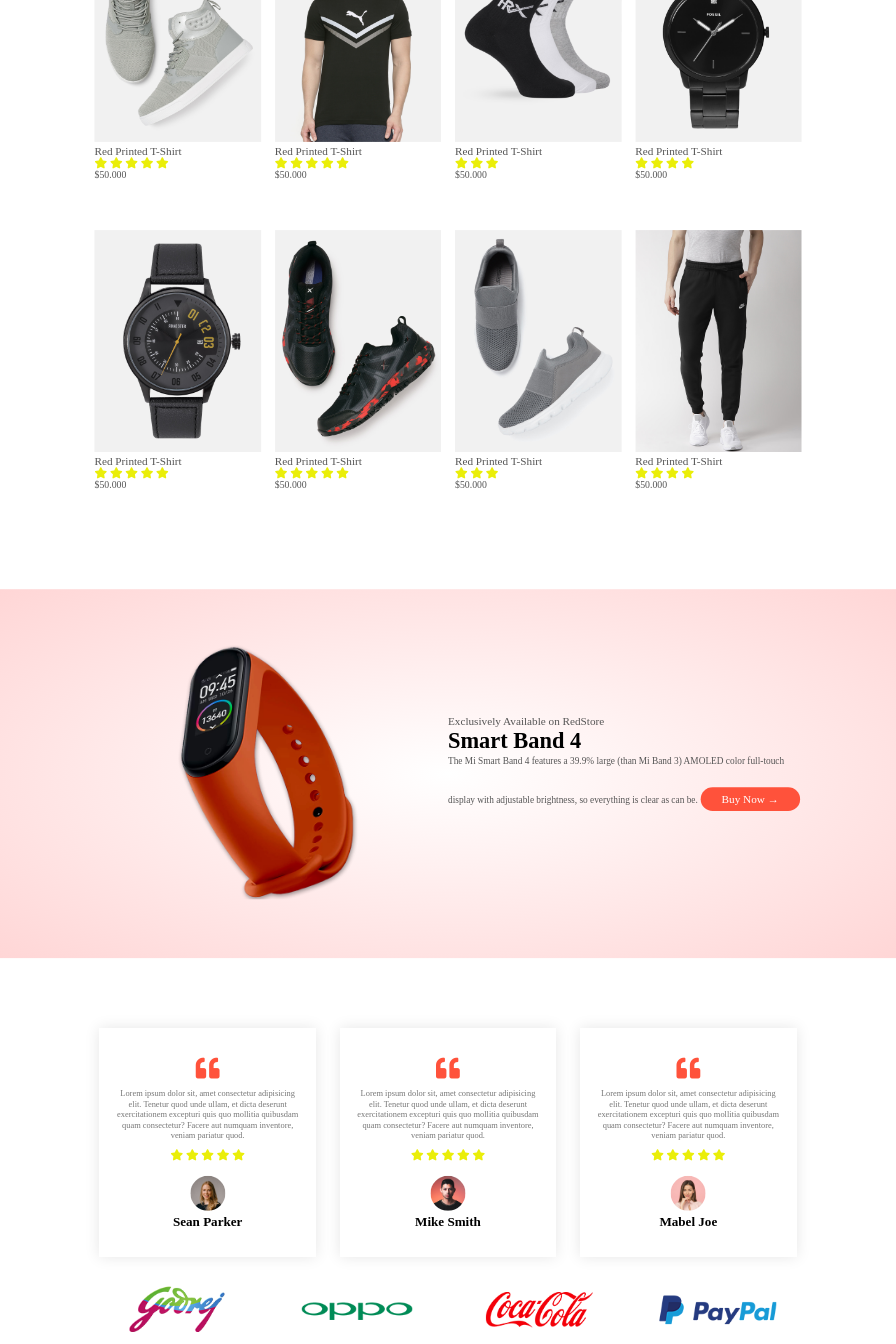
Repository: tuan21052000/Frontend
Page: index.html
The author's editor kept a copy of each file at every save. The page is drawn from the files as they stood at one save, then again after the next save.
The browser window is 1280 px wide. The pictures show the part of the page from y = 2144 to 4064 px (the page is 4064 px tall), at 70% of full size.

Above is the page before, as saved 2022-05-08 21:14:44.

### index.html
<!DOCTYPE html>
<html lang="en">
<head>
    <meta charset="UTF-8">
    <meta http-equiv="X-UA-Compatible" content="IE=edge">
    <meta name="viewport" content="width=device-width, initial-scale=1.0">
    <title>RedStore | Ecommerce Website Design</title>
    <link rel="stylesheet" href="style.css">
    <link href="https://fonts.googleapis.com/css2?family=Poppins:wght@300;400;500;600;700&display=swap" rel="stylesheet">
    <link rel="stylesheet" href="https://use.fontawesome.com/releases/v5.15.4/css/all.css" />
</head>
<body>
    <div class="header">


    <div class="container">
        <div class="navbar">
            <div class="logo">
                <img src="images/logo.png" width="125px">
            </div>
            <nav>
                <ul>
                    <li><a href="">Home</a></li>
                    <li><a href="">Products</a></li>
                    <li><a href="">About</a></li>
                    <li><a href="">Contact</a></li>
                    <li><a href="">Account</a></li>
                </ul>
            </nav>
            <img src="images/cart.png" width="30px" height="30px">
        </div>
        <div class="row">
            <div class="col-2">
                <h1>Give Your Workout <br>A New Style!</h1>
                <p>Success isn't always about greatness.It's about
                consistency. Consistent<br> hard work gains success. Greatness
                will come.
                </p>
                <a href="" class="btn">Explore Now &#8594;</a>
            </div>
            <div class="col-2">
              <img src="images/image1.png">
            </div>
        </div>
    </div>
</div>
<!-- -----Loại sản phẩm------- -->
   <div class="categories">
       <div class="small-container">
        <div class="row">
            <div class="col-3">
                <img src="images/category-1.jpg">
            </div>
            <div class="col-3">
             <img src="images/category-2.jpg">
         </div>
         <div class="col-3">
             <img src="images/category-3.jpg">
         </div>
        </div>
       </div>
   </div>
<!--    -------aaaa------------ -->
<div class="small-container">
    <h2 class="title">Featured Products</h2>
    <div class="row">
    <div class="col-4">
        <img src="images/product-1.jpg">
        <h4>Red Printed T-Shirt</h4>
        <div class="rating">
            <i class="fa fa-star"></i>
            <i class="fa fa-star"></i>
            <i class="fa fa-star"></i>
            <i class="fa fa-star"></i>
            <i class="fa fa-star"></i>
        </div>
        <p>$50.000</p>
    </div>
    <div class="col-4">
        <img src="images/product-2.jpg">
        <h4>Red Printed T-Shirt</h4>
        <div class="rating">
            <i class="fa fa-star"></i>
            <i class="fa fa-star"></i>
            <i class="fa fa-star"></i>
            <i class="fa fa-star"></i>
            <i class="fa fa-star"></i>
        </div>
        <p>$50.000</p>
    </div>
    <div class="col-4">
        <img src="images/product-3.jpg">
        <h4>Red Printed T-Shirt</h4>
        <div class="rating">
            <i class="fa fa-star"></i>
            <i class="fa fa-star"></i>
            <i class="fa fa-star"></i>
            <i class="fa fa-star-half-o"></i>
            <i class="fa fa-star-o"></i>
        </div>
        <p>$50.000</p>
    </div>
    <div class="col-4">
        <img src="images/product-4.jpg">
        <h4>Red Printed T-Shirt</h4>
        <div class="rating">
            <i class="fa fa-star"></i>
            <i class="fa fa-star"></i>
            <i class="fa fa-star"></i>
            <i class="fa fa-star"></i>
            <i class="fa fa-star-o"></i>
        </div>
        <p>$50.000</p>
    </div>
    </div>
    <h2 class="title">Latest Products</h2>
    <div class="row">
        <div class="col-4">
            <img src="images/product-5.jpg">
            <h4>Red Printed T-Shirt</h4>
            <div class="rating">
                <i class="fa fa-star"></i>
                <i class="fa fa-star"></i>
                <i class="fa fa-star"></i>
                <i class="fa fa-star"></i>
                <i class="fa fa-star"></i>
            </div>
            <p>$50.000</p>
        </div>
        <div class="col-4">
            <img src="images/product-6.jpg">
            <h4>Red Printed T-Shirt</h4>
            <div class="rating">
                <i class="fa fa-star"></i>
                <i class="fa fa-star"></i>
                <i class="fa fa-star"></i>
                <i class="fa fa-star"></i>
                <i class="fa fa-star"></i>
            </div>
            <p>$50.000</p>
        </div>
        <div class="col-4">
            <img src="images/product-7.jpg">
            <h4>Red Printed T-Shirt</h4>
            <div class="rating">
                <i class="fa fa-star"></i>
                <i class="fa fa-star"></i>
                <i class="fa fa-star"></i>
                <i class="fa fa-star-half-o"></i>
                <i class="fa fa-star-o"></i>
            </div>
            <p>$50.000</p>
        </div>
        <div class="col-4">
            <img src="images/product-8.jpg">
            <h4>Red Printed T-Shirt</h4>
            <div class="rating">
                <i class="fa fa-star"></i>
                <i class="fa fa-star"></i>
                <i class="fa fa-star"></i>
                <i class="fa fa-star"></i>
                <i class="fa fa-star-o"></i>
            </div>
            <p>$50.000</p>
        </div>
        </div>
        <div class="row">
            <div class="col-4">
                <img src="images/product-9.jpg">
                <h4>Red Printed T-Shirt</h4>
                <div class="rating">
                    <i class="fa fa-star"></i>
                    <i class="fa fa-star"></i>
                    <i class="fa fa-star"></i>
                    <i class="fa fa-star"></i>
                    <i class="fa fa-star"></i>
                </div>
                <p>$50.000</p>
            </div>
            <div class="col-4">
                <img src="images/product-10.jpg">
                <h4>Red Printed T-Shirt</h4>
                <div class="rating">
                    <i class="fa fa-star"></i>
                    <i class="fa fa-star"></i>
                    <i class="fa fa-star"></i>
                    <i class="fa fa-star"></i>
                    <i class="fa fa-star"></i>
                </div>
                <p>$50.000</p>
            </div>
            <div class="col-4">
                <img src="images/product-11.jpg">
                <h4>Red Printed T-Shirt</h4>
                <div class="rating">
                    <i class="fa fa-star"></i>
                    <i class="fa fa-star"></i>
                    <i class="fa fa-star"></i>
                    <i class="fa fa-star-half-o"></i>
                    <i class="fa fa-star-o"></i>
                </div>
                <p>$50.000</p>
            </div>
            <div class="col-4">
                <img src="images/product-12.jpg">
                <h4>Red Printed T-Shirt</h4>
                <div class="rating">
                    <i class="fa fa-star"></i>
                    <i class="fa fa-star"></i>
                    <i class="fa fa-star"></i>
                    <i class="fa fa-star"></i>
                    <i class="fa fa-star-o"></i>
                </div>
                <p>$50.000</p>
            </div>
        </div>
</div>
<!-- ----------offer------------- -->
<div class="offer">
    <div class="small-container">
        <div class="row">
            <div class="col-2">
                <img src="images/exclusive.png" class="offer-img">
            </div>
            <div class="col-2">
               <p>Exclusively Available on RedStore</p>
               <h1>Smart Band 4</h1>
               <small>The Mi Smart Band 4 features a 39.9% large
                   (than Mi Band 3) AMOLED color full-touch display with
                   adjustable brightness, so everything is clear as can
                   be.</small>
               <a href="" class="btn">Buy Now &#8594;</a>
            </div>
        </div>
    </div>
</div>
<!-- -----testi---- -->
       <div class="testimonial">
           <div class="small-container">
               <div class="row">
                   <div class="col-3">
                       <i class="fa fa-quote-left"></i>
                       <p>Lorem ipsum dolor sit, amet consectetur adipisicing elit.
                            Tenetur quod unde ullam, et dicta deserunt exercitationem
                            excepturi quis quo mollitia quibusdam quam consectetur? Facere aut numquam inventore, veniam pariatur quod.</p>
                            <div class="rating">
                                <i class="fa fa-star"></i>
                                <i class="fa fa-star"></i>
                                <i class="fa fa-star"></i>
                                <i class="fa fa-star"></i>
                                <i class="fa fa-star"></i>
                            </div>
                            <img src="images/user-1.png">
                            <h3>Sean Parker</h3>
                   </div>
                   <div class="col-3">
                    <i class="fa fa-quote-left"></i>
                    <p>Lorem ipsum dolor sit, amet consectetur adipisicing elit.
                         Tenetur quod unde ullam, et dicta deserunt exercitationem
                         excepturi quis quo mollitia quibusdam quam consectetur? Facere aut numquam inventore, veniam pariatur quod.</p>
                         <div class="rating">
                             <i class="fa fa-star"></i>
                             <i class="fa fa-star"></i>
                             <i class="fa fa-star"></i>
                             <i class="fa fa-star"></i>
                             <i class="fa fa-star"></i>
                         </div>
                         <img src="images/user-2.png">
                         <h3>Mike Smith</h3>
                </div>
                <div class="col-3">
                    <i class="fa fa-quote-left"></i>
                    <p>Lorem ipsum dolor sit, amet consectetur adipisicing elit.
                         Tenetur quod unde ullam, et dicta deserunt exercitationem
                         excepturi quis quo mollitia quibusdam quam consectetur? Facere aut numquam inventore, veniam pariatur quod.</p>
                         <div class="rating">
                             <i class="fa fa-star"></i>
                             <i class="fa fa-star"></i>
                             <i class="fa fa-star"></i>
                             <i class="fa fa-star"></i>
                             <i class="fa fa-star"></i>
                         </div>
                         <img src="images/user-3.png">
                         <h3>Mabel Joe</h3>
                </div>
               </div>
           </div>
       </div>
<!-- ---------------brands-------------- -->
    <div class="brands">
        <div class="small-container">
            <div class="row">
                <div class="col-5">
                    <img src="images/logo-godrej.png">
                </div>
                <div class="col-5">
                    <img src="images/logo-oppo.png">
                </div>
                <div class="col-5">
                    <img src="images/logo-coca-cola.png">
                </div>
                <div class="col-5">
                    <img src="images/logo-paypal.png">
                </div>
            </div>
        </div>
    </div>
</body>
</html>

### style.css
* {
    margin: 0;
    padding: 0;
    box-sizing: border-box;
}
.navbar{
   display: flex;
   align-items: center;
   padding: 20px;
}
nav {
    flex: 1;
    text-align: right;
}
nav ul {
    display: inline-block;
    list-style-type: none;
}
nav ul li{
    display: inline-block;
    margin-right: 20px;
}
a {
    text-decoration: none;
    color: #555;
}
p {
    color:#555;
}
.container {
    max-width: 1300px;
    margin: auto;
    padding-left: 25px;
    padding-right:25px;
}
.row {
    display: flex;
    align-items: center;
    flex-wrap: wrap;
    justify-content: space-around;
}
.col-2 {
    flex-basis: 50%;
    min-width: 300px;
}
.col-2 img {
    max-width: 100%;
    padding: 50px 0;
}
.btn {
    display: inline-block;
    background: #ff523b;
    color: #fff;
    padding: 8px 30px;
    margin: 30px 0;
    border-radius: 30px;
    transition: background 0.5s;
}
.btn:hover {
    background: #563434;
}
.header {
    background: radial-gradient(#fff,#ffd6ff);
}
.header .row{
   margin-top: 70px;
}
.categories {
    margin: 70px 0;
}
.col-3{
    flex-basis: 30%;
    min-width: 250px;
    margin-bottom: 30px;
}
.col-3 img{
    width: 100%;
}
.small-container{
    max-width: 1080px;
    margin: auto;
    padding-left: 25px;
    padding-right: 25px;

}
.col-4{
    flex-basis: 25%;
    padding: 10px;
    min-width: 200px;
    margin-bottom: 50px;
    transform: transforn 0.5s;
}
.col-4 img{
    width: 100%;
}
.title{
    text-align: center;
    margin: 0 auto 80px;
    position: relative;
    line-height: 60px;
    color:#555;
}
.title::after{
    content: '';
    background: #ff523b;
    width: 80px;
    height: 5px;
    border-radius: 5px;
    position: absolute;
    bottom: 0;
    left: 50%;
    transform: translateX(-50%);
}
h4{
    color:#555;
    font-weight: normal;
}
.col-4 p{
    font-size: 14px;
}
.rating .fa{
    color: #eaee09;
}
.col-4:hover{
    transform: translateY(-5px); /* tạo hiệu ứng */
}
.offer {
    background: radial-gradient(#fff,#ffd6d6);
    margin-top: 80px;
    padding: 30px 0;
}
.col-2 .offer-img{
    padding: 50px;
}
small{
    color:#555;
}
/* -------------testimonial----------- */
.testimonial{
    padding-top: 100px;
}
.testimonial .col-3 {
    text-align: center;
    padding: 40px 20px;
    box-shadow: 0 0 20px 0px rgba(0,0,0,0.1);
    cursor: pointer;
    transition: transform 0.5s;
}
.testimonial .col-3 img{
    width: 50px;
    margin-top: 20px;
    border-radius: 50%;
}
.testimonial .col-3:hover {
    transform: translateY(-10px);

}
.fa.fa-quote-left{
    font-size: 34px;
    color:#ff523b;
}
.col-3 p{
    font-size: 12px;
    margin: 12px 0;
    color:#777;
}

After the next save:
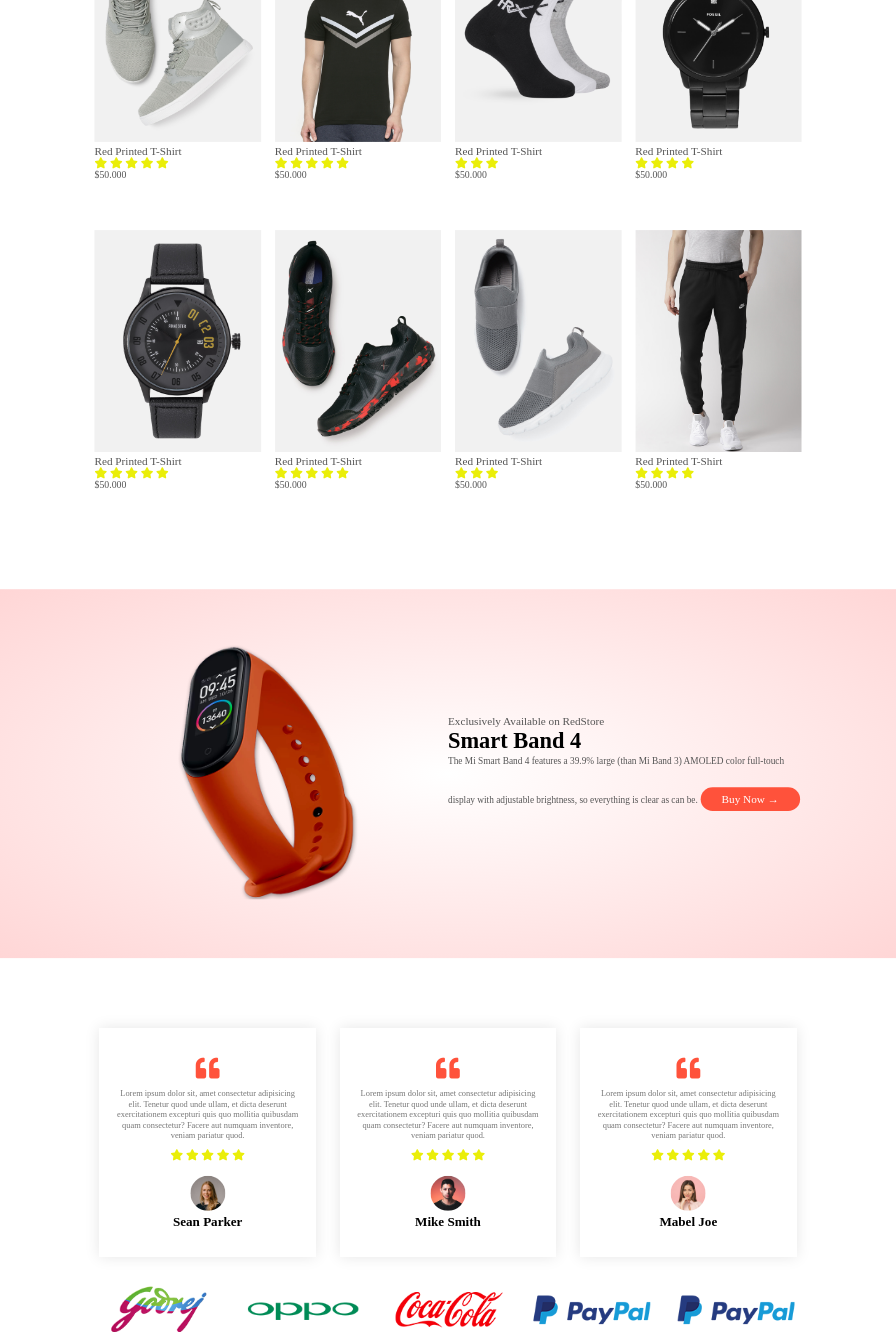
Saved 13 s later.
--- a/index.html
+++ b/index.html
@@ -302,6 +302,9 @@
                 <div class="col-5">
                     <img src="images/logo-paypal.png">
                 </div>
+                <div class="col-5">
+                    <img src="images/logo-paypal.png">
+                </div>
             </div>
         </div>
     </div>
